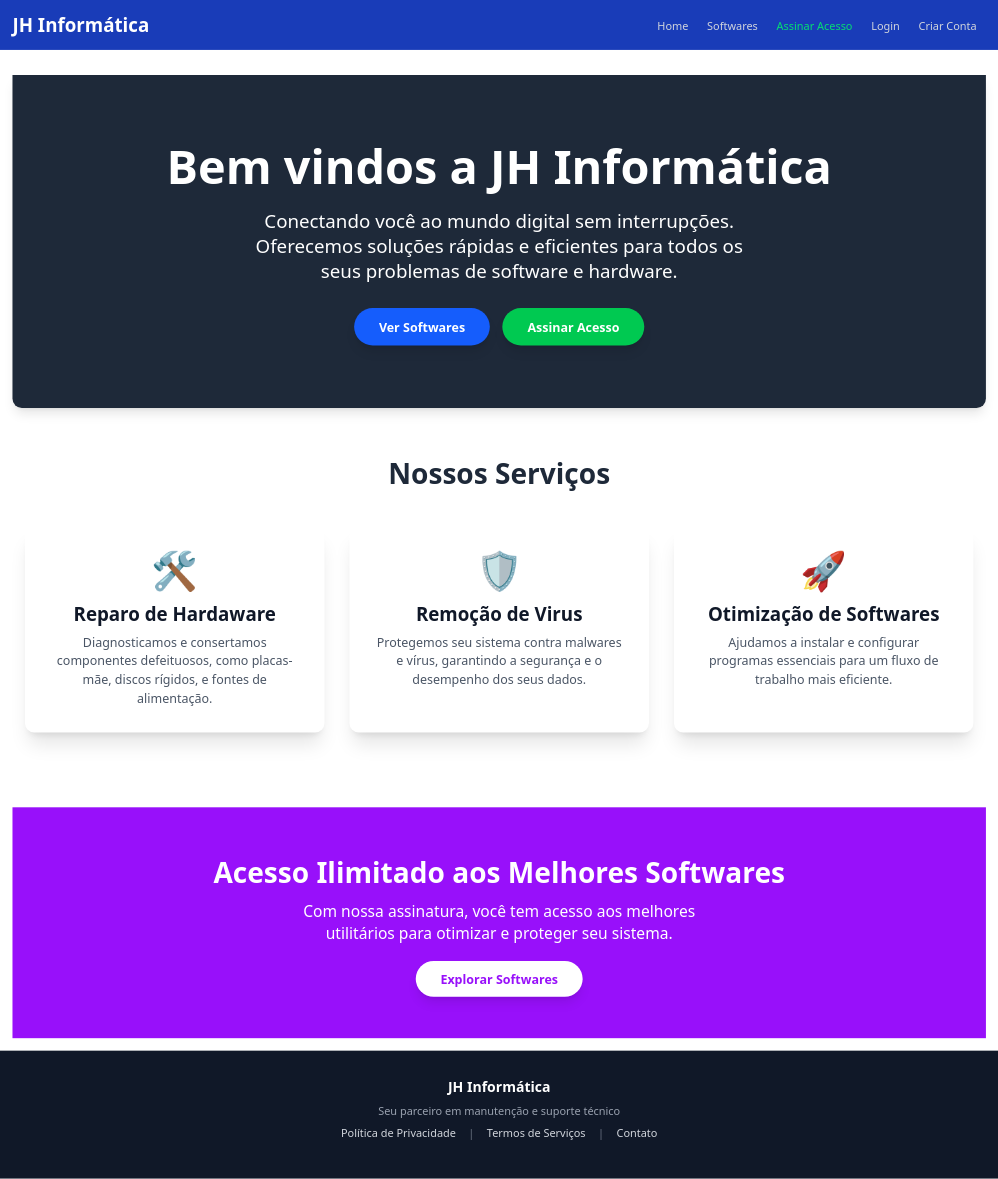
Repository: estevam02009/jh-info
Page: / (app in frontend/)
An editor plug-in stored every save of this project. The page is shown before and after the next save, followed by the edit.
The browser window is 1280 px wide. The pictures show the whole page, at 78% of full size.
The project was rebuilt for these pictures with package versions that can differ from the ones it lists, and the page was loaded fresh each time. Also part of the build but not shown: frontend/src/pages/Login.jsx, frontend/src/pages/Register.jsx, frontend/src/pages/Dashboard.jsx, frontend/src/components/ProtectedRoute.jsx, frontend/src/pages/SoftwareList.jsx, frontend/src/pages/SoftwareDetails.jsx, frontend/src/pages/SoftwareManagement.jsx, frontend/src/pages/PaymentPage.jsx and 1 more.

Above is the page before, as saved 2025-07-13 13:56:18.

### frontend/index.html
<!doctype html>
<html lang="en">
  <head>
    <meta charset="UTF-8" />
    <link rel="icon" type="image/svg+xml" href="/vite.svg" />
    <meta name="viewport" content="width=device-width, initial-scale=1.0" />
    <title>JH Informática</title>
  </head>
  <body>
    <div id="root"></div>
    <script type="module" src="/src/main.jsx"></script>
  </body>
</html>

### frontend/src/main.jsx
// src/main.jsx
import React from 'react';
import ReactDOM from 'react-dom/client';
import App from './App.jsx';
import './index.css'; // Para estilos globais
import { BrowserRouter } from 'react-router-dom';
import { AuthProvider } from './context/AuthContext.jsx'; // Contexto de Autenticação

ReactDOM.createRoot(document.getElementById('root')).render(
    <React.StrictMode>
        <BrowserRouter>
            <AuthProvider> {/* O AuthProvider envolve toda a aplicação */}
                <App />
            </AuthProvider>
        </BrowserRouter>
    </React.StrictMode>,
);

### frontend/src/App.jsx
import React from "react";
import {Link, Routes, Route} from "react-router-dom";
import Login from "./pages/Login.jsx";
import Register from "./pages/Register.jsx";
import Home from "./pages/Home.jsx";
import Dashboard from "./pages/Dashboard.jsx";
import ProtectedRoute from "./components/ProtectedRoute";
import SoftwareList from "./pages/SoftwareList";
import SoftwareDetails from "./pages/SoftwareDetails";
import SoftwareManagement from "./pages/SoftwareManagement";
import PaymentPage from "./pages/PaymentPage";
import MySoftwares from "./pages/MySoftwares.jsx";
import { useAuth } from "./context/AuthContext";


const App = () => {

    const { user, logout } = useAuth(); // Obtém o estado do usuário e a função de logout

    return (
        <>
            <nav className="bg-blue-800 p-4">
                <div className="container mx-auto flex justify-between items-center">
                    <Link to="/" className="text-white text-2xl font-bold">JH Informática</Link>
                    <div>
                        <Link to="/" className="text-gray-300 hover:bg-white hover:text-blue-500 px-3 py-2 rounded-md text-sm font-medium">Home</Link>
                        <Link to="/softwares" className="text-gray-300 hover:bg-white hover:text-blue-500 px-3 py-2 rounded-md text-sm font-medium">Softwares</Link>

                        {/* Link para a página de Pagamento/Assinatura */}
                        {!user?.hasPaidAccess && (
                            <Link to="/subscribe" className="text-green-400 hover:bg-gray-700 hover:text-green-200 px-3 py-2 rounded-md text-sm font-medium">Assinar Acesso</Link>
                        )}

                    {/*    Links visiveis apenas se o usuário estiver logado    */}
                        {user ? (
                            <>
                                <Link to="/dashboard" className="text-gray-300 hover:bg-white hover:text-blue-500 px-3 py-2 rounded-md text-sm font-medium">Dashboard</Link>
                                {user.hasPaidAccess && ( // Mostrar "Meus Softwares" apenas se tiver pago
                                    <Link to="/my-softwares" className="text-gray-300 hover:bg-white hover:text-blue-500 px-3 py-2 rounded-md text-sm font-medium">Meus Softwares</Link>
                                )}
                            {/* Link para gerenciamento de softwares - visivel apenas para admins logados */}
                                {user.role === "admin" && (
                                    <Link to="/admin/softwares" className="text-gray-300 hover:bg-white hover:text-blue-500 px-3 py-2 rounded-md text-sm font-medium">Gerenciar Softwares</Link>
                                )}
                                <button
                                    onClick={logout}
                                    className="bg-red-600 hover:bg-red-800 px-3 py-2 rounded-md text-sm text-white font-medium ml-4"
                                >Sair</button>
                            </>
                        ) : (

                            <>
                                {/* Links visivéis apenas se o usuário não estiver logado */}
                                <Link to="/login" className="text-gray-300 hover:bg-white hover:text-blue-500 px-3 py-2 rounded-md text-sm font-medium">Login</Link>
                                <Link to="/register" className="text-gray-300 hover:bg-white hover:text-blue-500 px-3 py-2 rounded-md text-sm font-medium">Criar Conta</Link>
                            </>
                        )}
                    </div>
                </div>
            </nav>

            {/* Conteúdo principal*/}
            <div className="container mx-auto p-4 mt-4">
                <Routes>
                    <Route path="/" element={<Home />} />
                    <Route path="/login" element={<Login />} />
                    <Route path="/register" element={<Register />} />

                    <Route path="/softwares" element={<SoftwareList />} /> {/* <-- Nova Rota */}
                    <Route path="/softwares/:id" element={<SoftwareDetails />} />

                    {/* Rota para a página de assinatura. É acessível se o usuário estiver logado ou não, mas a lógica de pagamento exige login */}
                    <Route path="/subscribe" element={<PaymentPage />} />

                {/* Rotas protegidas */}
                    <Route element={<ProtectedRoute />}>
                        <Route path="/dashboard" element={<Dashboard />}></Route>
                        <Route path="/my-softwares" element={<MySoftwares />} />
                    </Route>

                    <Route element={<ProtectedRoute allowedRoles={['admin']} />}>
                        <Route path="/admin/softwares" element={<SoftwareManagement />} />
                    </Route>

                    <Route path="*" element={<h2 className="text-4xl font-bold text-red-500">404 - Página não encontrada</h2>}></Route>
                </Routes>
            </div>

            {/* Footer (Rodapé) */}
            <footer className='bg-gray-900 p-4 text-white py-8 px-4 mt-auto'>
                <div className="container mx-auto text-center">
                    <p className="text-lg font-bold mb-2">JH Informática</p>
                    <p className='text-sm text-gray-400 mb-2'>Seu parceiro em manutenção e suporte técnico</p>
                    <div className="flex justify-center space-x-4 mb-4">
                        <Link to="/privacy" className="text-gray-300 hover:text-white text-sm">Política de Privacidade</Link>
                        <span className="text-gray-500 text-sm">|</span>
                        <Link to="/terms" className="text-gray-300 hover:text-white text-sm">Termos de Serviços</Link>
                        <span className="text-gray-500 text-sm">|</span>
                        <Link to="/contact" className="text-gray-300 hover:text-white text-sm">Contato</Link>
                    </div>
                </div>
            </footer>
        </>
    )
}

export default App;

### frontend/src/context/AuthContext.jsx
// src/context/AuthContext.jsx
import React, { createContext, useState, useEffect, useContext } from 'react';
import axios from 'axios';

const AuthContext = createContext();

export const AuthProvider = ({ children }) => {
    // O estado 'user' agora conterá o campo 'hasPaidAccess'
    const [user, setUser] = useState(null);
    const [token, setToken] = useState(null);
    const [loading, setLoading] = useState(true); // Para saber se o token está sendo verificado

    // Base da URL da sua API
    const API_URL = 'http://localhost:5000/api'; // Certifique-se que a porta está correta

    // Carrega o token e usuário do localStorage ao iniciar
    useEffect(() => {
        const storedToken = localStorage.getItem('token');
        const storedUser = localStorage.getItem('user');

        if (storedToken && storedUser) {
            setToken(storedToken);

            if (storedToken && storedUser) {
                setToken(storedToken);
                // Garante que o usuário no estado inclui 'hasPaidAccess'
                try {
                    const userData = JSON.parse(storedUser);
                    setUser(userData);
                } catch (error) {
                    console.error('Erro ao fazer parse do usuário do localStorage:', error);
                    localStorage.removeItem('token');
                    localStorage.removeItem('user');
                }
            }

            // Configura o token no cabeçalho padrão do Axios para todas as requisições
            axios.defaults.headers.common['Authorization'] = `Bearer ${storedToken}`;
        }
        setLoading(false);
    }, []);

    const login = async (email, password) => {
        try {
            const response = await axios.post(`${API_URL}/auth/login`, { email, password });
            const { token, hasPaidAccess, ...userData } = response.data; // Capture 'hasPaidAccess'

            setToken(token);
            // Certifique-se de que o objeto user no estado inclui hasPaidAccess
            setUser({ ...userData, hasPaidAccess: hasPaidAccess });

            localStorage.setItem('token', token);
            // Armazene o objeto de usuário completo no localStorage, incluindo 'hasPaidAccess'
            localStorage.setItem('user', JSON.stringify({ ...userData, hasPaidAccess: hasPaidAccess }));

            axios.defaults.headers.common['Authorization'] = `Bearer ${token}`; // Atualiza o header
            return response.data;
        } catch (error) {
            console.error('Erro de login:', error.response?.data || error.message);
            throw error.response?.data || { message: 'Erro ao fazer login' };
        }
    };

    // Função para atualizar o estado do usuário (útil após o pagamento)
    const updateUserAccessStatus = (updatedUser) => {
        setUser(updatedUser);
        localStorage.setItem('user', JSON.stringify(updatedUser));
    }

    const register = async (name, email, password, role = 'user') => {
        try {
            const response = await axios.post(`${API_URL}/auth/register`, { name, email, password, role });
            // Geralmente, após o registro, você pode logar o usuário automaticamente ou redirecioná-lo para a tela de login
            return response.data;
        } catch (error) {
            console.error('Erro de registro:', error.response?.data || error.message);
            throw error.response?.data || { message: 'Erro ao registrar' };
        }
    };

    const logout = () => {
        setToken(null);
        setUser(null);
        localStorage.removeItem('token');
        localStorage.removeItem('user');
        delete axios.defaults.headers.common['Authorization']; // Remove o header do Axios
    };

    return (
        <AuthContext.Provider value={{ user, token, loading, login, register, logout, updateUserAccessStatus }}>
            {children}
        </AuthContext.Provider>
    );
};

export const useAuth = () => useContext(AuthContext);

### frontend/src/pages/Home.jsx
import React from 'react';
import { Link } from 'react-router-dom';

const Home = () => {
    return (
        <div className="flex flex-col items-center">

            {/* Seção Principal (Hero) */}
            <div className='bg-gray-800 text-white w-full py-20 px-4 text-center rounded-b-xl shadow-lg'>
                <h1 className='text-5xl md:text-6xl font-extrabold leading-tight mb-4'>
                    Bem vindos a JH Informática
                </h1>
                <p className='text-xl md:text-2xl font-light max-w-2xl mx-auto mb-8'>
                    Conectando você ao mundo digital sem interrupções. Oferecemos soluções rápidas e eficientes para todos os seus problemas de software e hardware.
                </p>
                <div className="flex justify-center space-x-4">
                    <Link
                        to="/softwares"
                        className="bg-blue-600 hover:bg-blue-700 text-white font-bold py-3 px-8 rounded-full shadow-lg transition duration-300"
                    >
                        Ver Softwares
                    </Link>
                    <Link
                        to="/subscribe"
                        className="bg-green-500 hover:bg-green-700 text-white font-bold py-3 px-8 rounded-full shadow-lg transition duration-300"
                    >
                        Assinar Acesso
                    </Link>
                </div>
            </div>

            {/* Seção nossos serviços */}
            <div className="container mx-auto py-16 px-4">
                <h2 className="text-4xl font-bold text-center text-gray-800 mb-12">Nossos Serviços</h2>
                <div className='grid grid-cols-1 md:grid-cols-2 lg:grid-cols-3 gap-8'>

                    {/* Card de Serviços */}
                    <div className='bg-white rounded-xl shadow-xl p-8 text-center transition-transform transform hover:scale-106 duration-300'>
                        <div className='text-5xl text-blue-600 mb-4'>🛠️</div>
                        <h3 className='text-2xl font-semibold text-gray-900 mb-2'>Reparo de Hardaware</h3>
                        <p className='text-gray-600'>
                            Diagnosticamos e consertamos componentes defeituosos, como placas-mãe, discos rígidos, e fontes de alimentação.
                        </p>
                    </div>

                    {/* Card de Serviços 2 */}
                    <div className='bg-white rounded-xl shadow-xl p-8 text-center transition-transform transform hover:scale-106 duration-300'>
                        <div className='text-5xl text-blue-600 mb-4'>🛡️</div>
                        <h3 className='text-2xl font-semibold text-gray-900 mb-2'>Remoção de Virus</h3>
                        <p className='text-gray-600'>
                            Protegemos seu sistema contra malwares e vírus, garantindo a segurança e o desempenho dos seus dados.
                        </p>
                    </div>

                    {/* Card de Serviços 2 */}
                    <div className='bg-white rounded-xl shadow-xl p-8 text-center transition-transform transform hover:scale-106 duration-300'>
                        <div className='text-5xl text-blue-600 mb-4'>🚀</div>
                        <h3 className='text-2xl font-semibold text-gray-900 mb-2'>Otimização de Softwares</h3>
                        <p className='text-gray-600'>
                            Ajudamos a instalar e configurar programas essenciais para um fluxo de trabalho mais eficiente.
                        </p>
                    </div>
                </div>
            </div>

            {/* Seção de chamada para a ação */}
            <div className="w-full bg-purple-600 text-white text-center py-16 px-4 mt-8">
                <h2 className="text-3xl md:text-4xl font-bold mb-4">Acesso Ilimitado aos Melhores Softwares</h2>
                <p className="text-lg md:text-xl font-light mb-8 max-w-xl mx-auto">
                    Com nossa assinatura, você tem acesso aos melhores utilitários para otimizar e proteger seu sistema.
                </p>
                <Link
                    to="/softwares"
                    className="bg-white text-purple-600 font-bold py-3 px-8 rounded-full shadow-lg transition duration-300 hover:bg-gray-100"
                >
                    Explorar Softwares
                </Link>
            </div>
        </div>
    )
}

export default Home;

Loaded but not shown: frontend/src/index.css (common file)

After the next save:
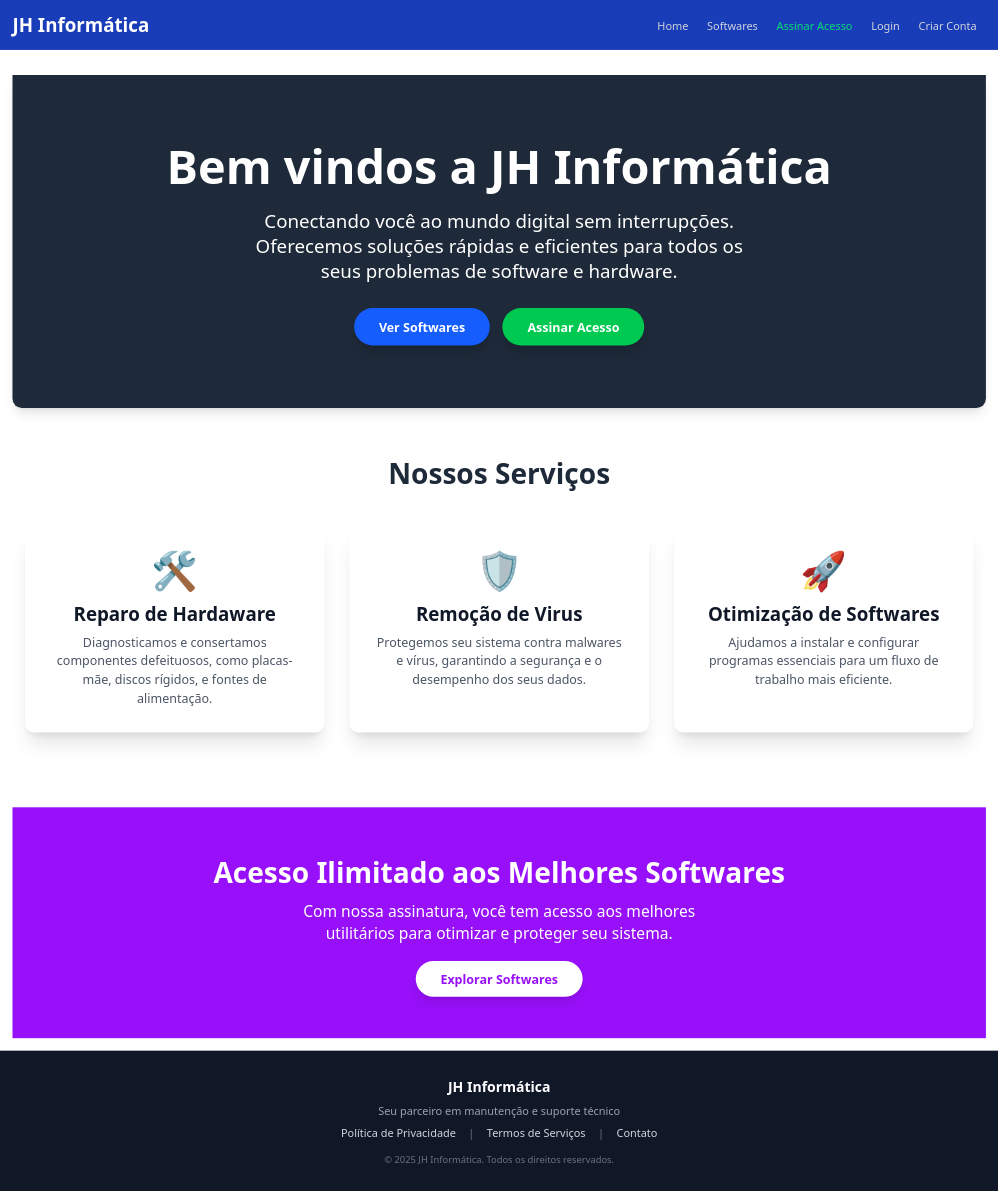
Saved 37 s later.
--- a/frontend/src/App.jsx
+++ b/frontend/src/App.jsx
@@ -98,6 +98,10 @@ const App = () => {
                         <span className="text-gray-500 text-sm">|</span>
                         <Link to="/contact" className="text-gray-300 hover:text-white text-sm">Contato</Link>
                     </div>
+
+                    <p className="text-xs text-gray-500">
+                        &copy; {new Date().getFullYear()} JH Informática. Todos os direitos reservados.
+                    </p>
                 </div>
             </footer>
         </>
